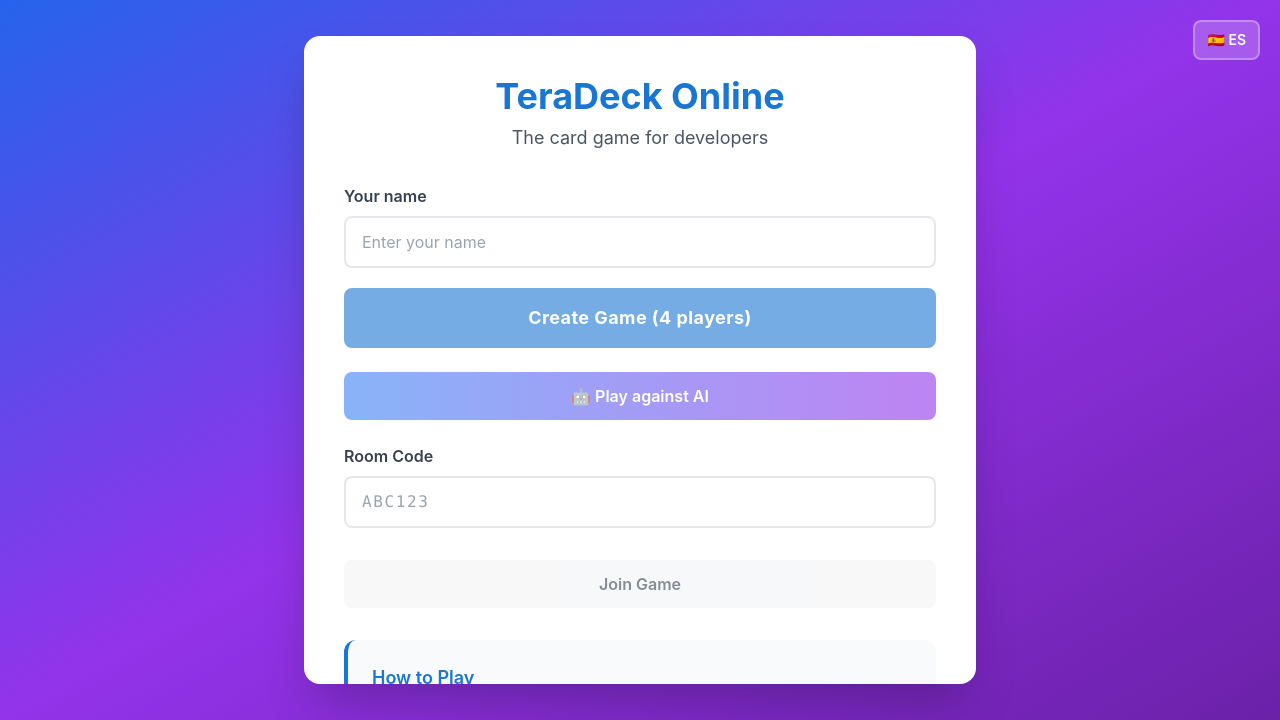
Repository: agorreca/teradeck-online
Page: / (app in frontend/)
The author's editor kept a copy of each file at every save. The page is drawn from the files as they stood at one save, then again after the next save.
The browser window is 1280 px wide. The pictures show the whole page.
The page's requests for data from a server got no answer. An inner scrolling area shows only its first screen. The project was rebuilt for these pictures with package versions that can differ from the ones it lists, and the page was loaded fresh each time. No one was signed in, and anything a server would have sent is missing. Also part of the build but not shown: frontend/vite.config.ts, shared/src/utils/targeting.ts, frontend/src/hooks/useSocket.ts, frontend/src/hooks/useTargeting.ts, frontend/src/components/game/TargetingOverlay.tsx, frontend/src/components/game/GameBoard.tsx, frontend/src/components/game/GameRoom.tsx.

Above is the page before, as saved 2025-06-09 10:47:14.

After the next save:
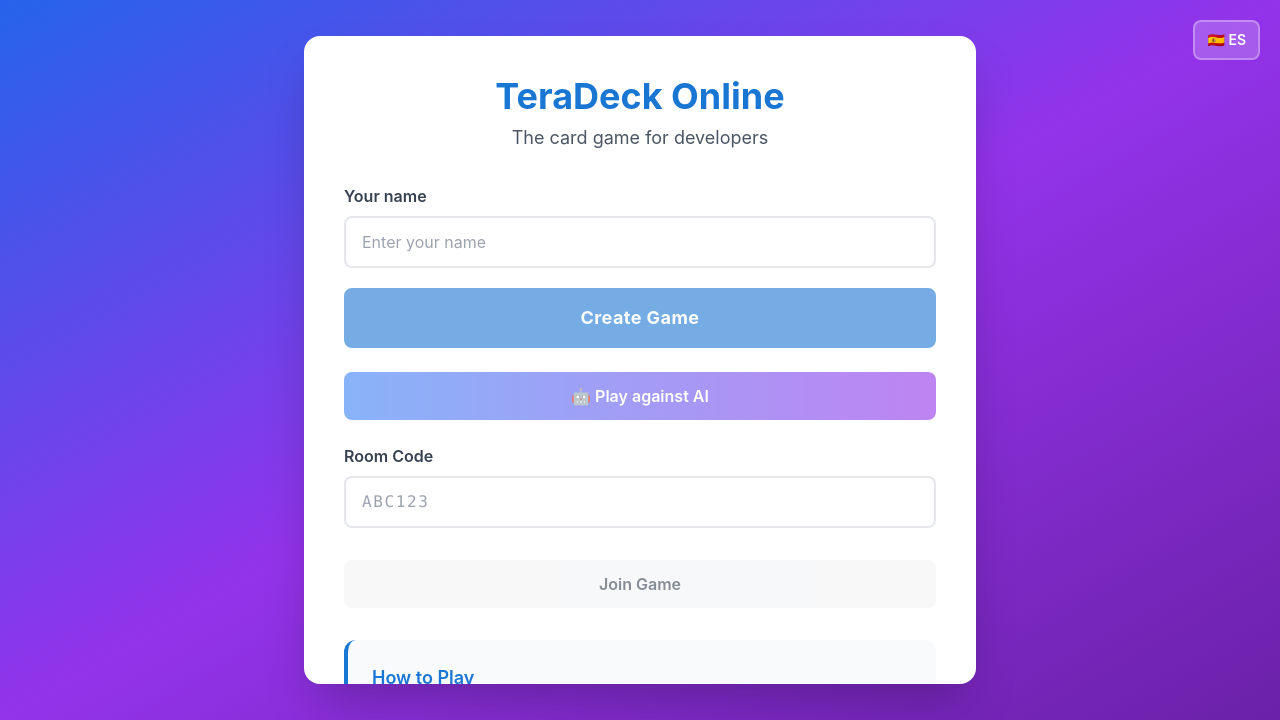
Saved 11 s later.
--- a/frontend/src/components/lobby/Lobby.tsx
+++ b/frontend/src/components/lobby/Lobby.tsx
@@ -166,7 +166,7 @@ export function Lobby() {
                   {tUI('lobby.creating')}
                 </span>
               ) : (
-                `${tUI('lobby.createGame')} (${maxPlayers} ${isSpanish ? 'jugadores' : 'players'})`
+                tUI('lobby.createGame')
               )}
             </button>
 
